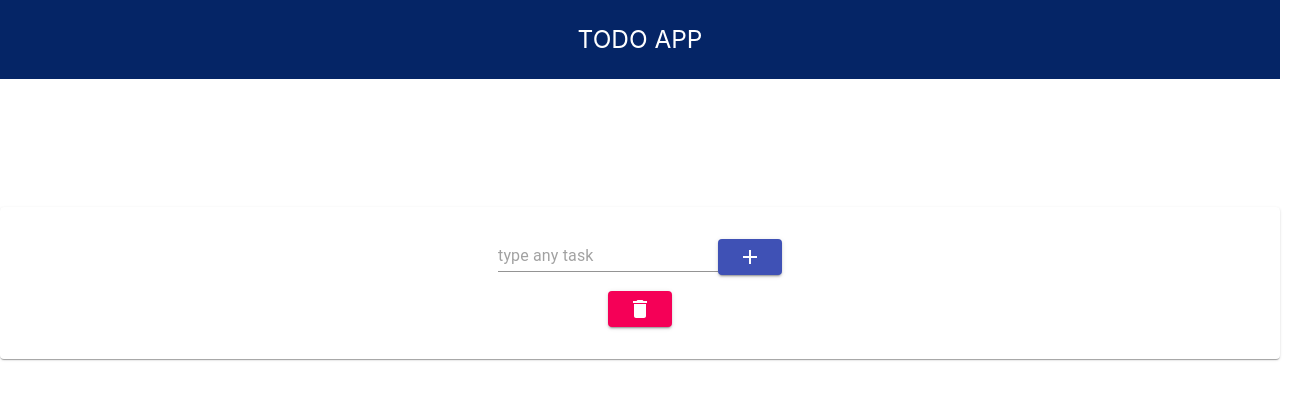
Repository: Shams97/Todo-app
Page: /
The author's editor kept a copy of each file at every save. The page is drawn from the files as they stood at one save, then again after the next save.
The browser window is 1280 px wide. The page is 1292 px wide, so the pictures cover 1292 px, including what lies to the right of the window. The pictures show the whole page.
The project was rebuilt for these pictures with package versions that can differ from the ones it lists, and the page was loaded fresh each time.

Above is the page before, as saved 2021-06-27 02:08:54.

After the next save:
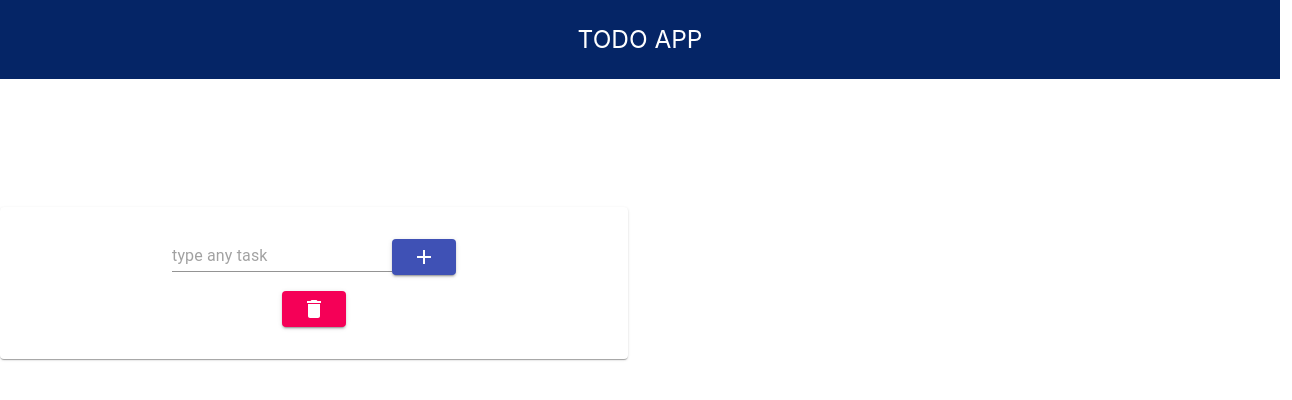
Saved 22 s later.
--- a/src/tasks/tasks.js
+++ b/src/tasks/tasks.js
@@ -38,7 +38,7 @@
 
     return (
         <Grid container spacing={3} className={classes.root}>
-            <Grid item xs={12}>
+            <Grid item xs={6}>
                 <Paper className={classes.paper}>
                     <Input placeholder="type any task" onChange={(e) => setTask(e.target.value)} value={task}></Input>
                     <Button type="submit" color="primary" variant="contained" onClick={addTask}>

After the save that followed:
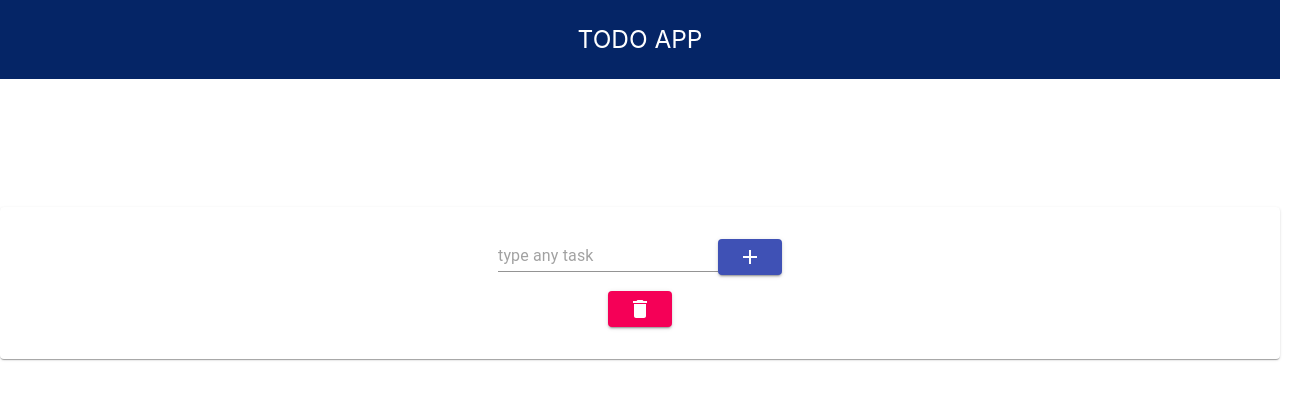
Saved 6 s later.
--- a/src/tasks/tasks.js
+++ b/src/tasks/tasks.js
@@ -38,7 +38,7 @@
 
     return (
         <Grid container spacing={3} className={classes.root}>
-            <Grid item xs={6}>
+            <Grid item xs={12}>
                 <Paper className={classes.paper}>
                     <Input placeholder="type any task" onChange={(e) => setTask(e.target.value)} value={task}></Input>
                     <Button type="submit" color="primary" variant="contained" onClick={addTask}>
